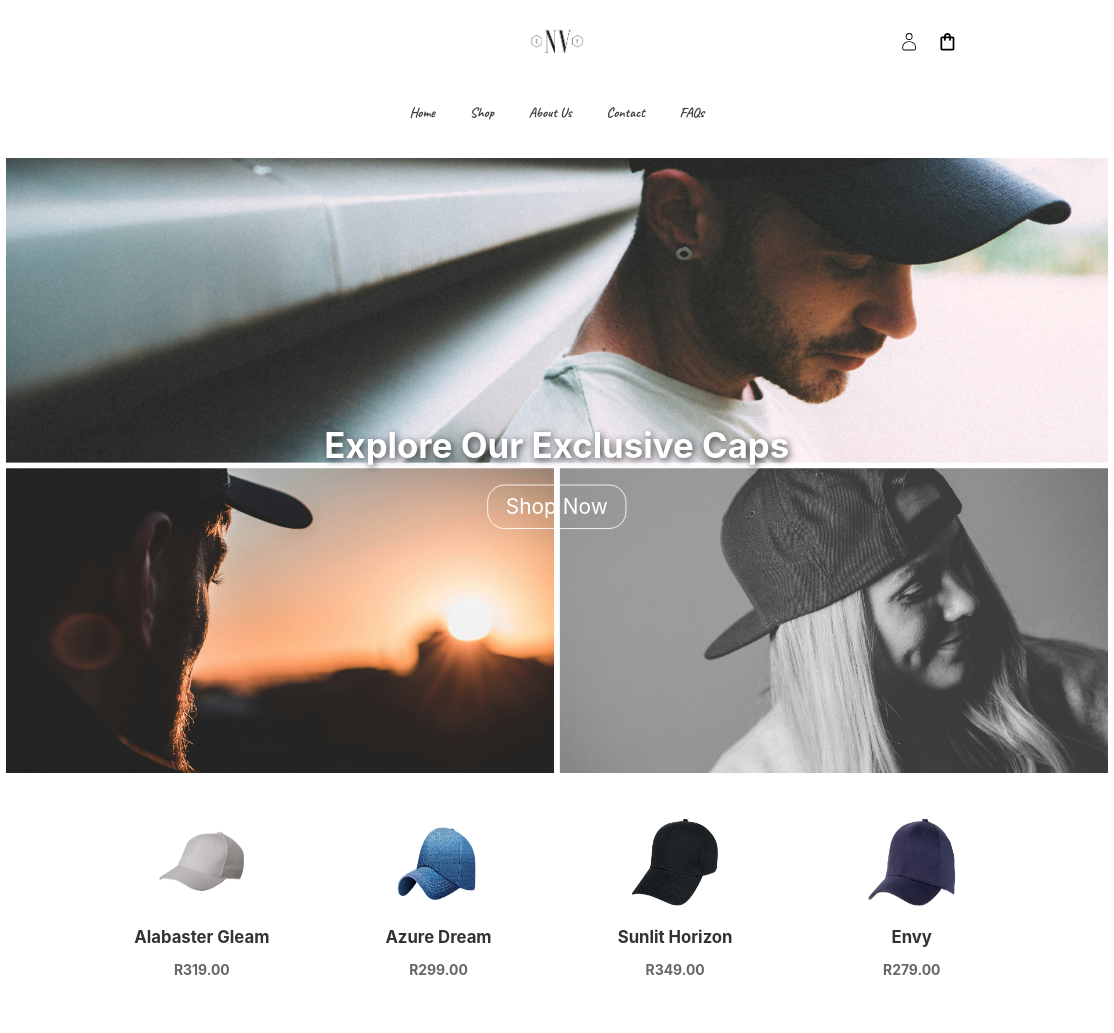
Repository: lasity34/new-envy
Page: / (app in my-new-envy/)
The author's editor kept a copy of each file at every save. The page is drawn from the files as they stood at one save, then again after the next save.
The browser window is 1280 px wide. The pictures show the whole page, at 87% of full size.
The project was rebuilt for these pictures with package versions that can differ from the ones it lists, and the page was loaded fresh each time.

Above is the page before, as saved 2024-04-22 13:46:35.

After the next save:
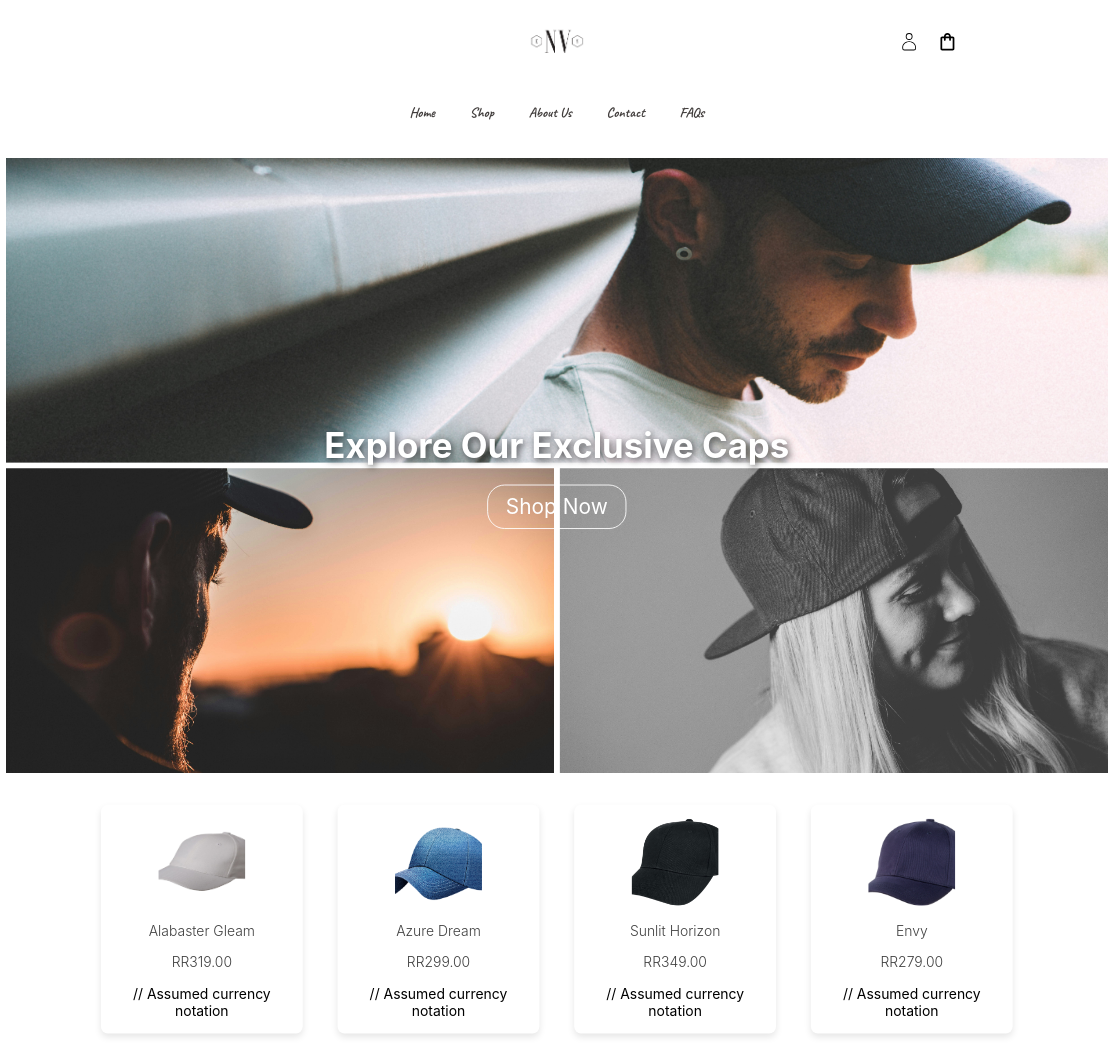
Saved 2 min 1 s later.
--- a/my-new-envy/src/components/ProductCard.tsx
+++ b/my-new-envy/src/components/ProductCard.tsx
@@ -8,26 +8,30 @@ const CardContainer = styled.div`
     text-align: center;
     width: 200px; // Fixed width for grid display
     margin: 10px;
-
+    box-shadow: 0 4px 8px rgba(0,0,0,0.1); // Adds subtle shadow for depth
+    background: #fff; // Set a white background
+    border-radius: 8px; // Optional: rounds the corners of the container
 `;
 
 const ProductImage = styled.img`
     width: 100px;  // Set specific width
-    height: 100px; // Set specific height to maintain uniformit
+    height: 100px; // Set specific height to maintain uniformity
     margin-bottom: 10px;
-    border-radius: 4px; // Optional: rounds the corners of the image
+    border-radius: 4px; // Rounds the corners of the image
+    object-fit: cover; // Ensures the image fills the frame without distorting
 `;
 
 const ProductName = styled.h2`
-    font-size: 1.2rem;
-    color: #333;
-    margin: 10px 0;  // Adds vertical spacing
+    font-size: 1rem; // Reduced for a slimmer look
+    color: #404040; // Dark gray for a professional appearance
+    font-weight: 300; // Lighter font weight for slim text
+    margin: 5px 0;  // Reduced vertical spacing
 `;
 
 const ProductPrice = styled.p`
     font-size: 1rem;
-    color: #666;
-    font-weight: bold;  // Emphasizes the price
+    color: #404040; // Same color as the product name for uniformity
+    font-weight: 300; // Lighter font weight to match the name's slim appearance
 `;
 
 const ProductCard: React.FC<ProductCardProps> = ({ product }) => {
@@ -35,7 +39,7 @@ const ProductCard: React.FC<ProductCardProps> = ({ product }) => {
         <CardContainer>
             <ProductImage src={product.imageUrl} alt={product.name} />
             <ProductName>{product.name}</ProductName>
-            <ProductPrice>{product.price}.00</ProductPrice>
+            <ProductPrice>R{product.price}.00</ProductPrice> // Assumed currency notation
         </CardContainer>
     );
 }
